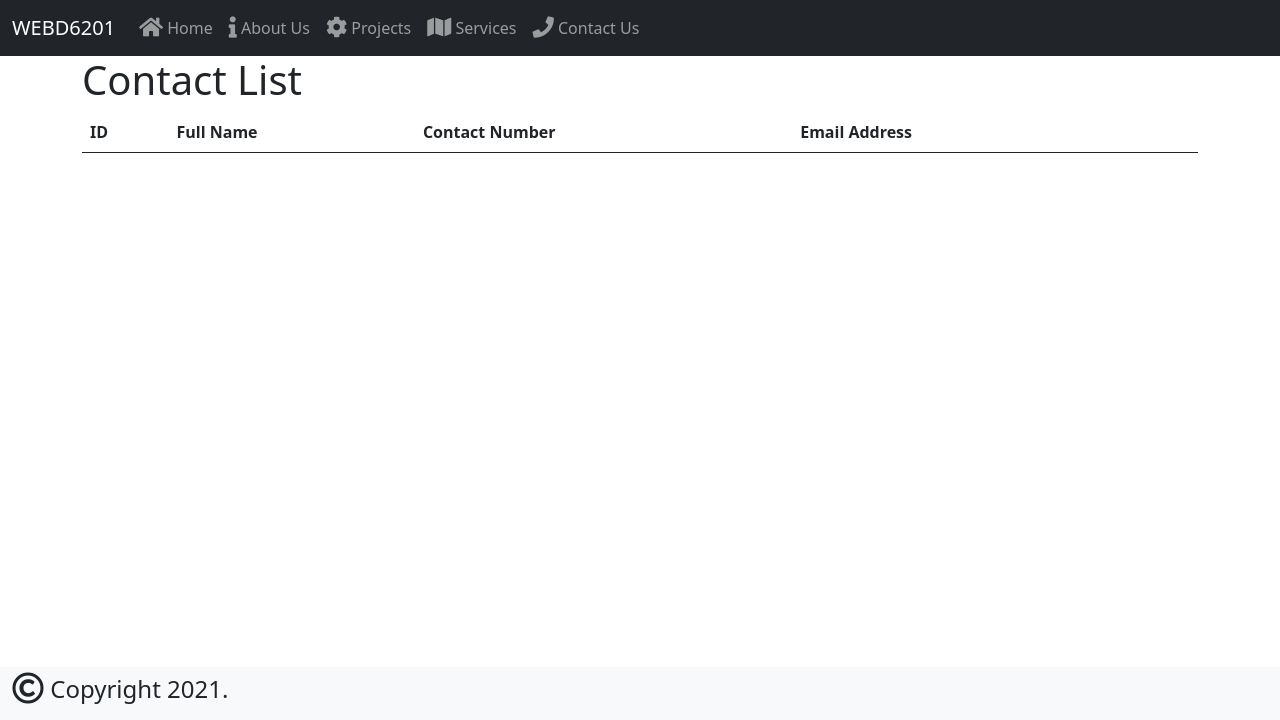
Repository: GarlicButterBoy/WEBD6201-ICE04
Page: contact-list.html
The author's editor kept a copy of each file at every save. The page is drawn from the files as they stood at one save, then again after a run of saves.
The browser window is 1280 px wide. The pictures show the whole page.

Above is the page before, as saved 2021-02-10 09:20:03.

### contact-list.html
<!DOCTYPE html>
<html lang="en">
<head>
    <meta charset="UTF-8">
    <meta name="viewport" content="width=device-width, initial-scale=1.0">
    <title>Contact-List</title>
    <!-- CSS Section -->
    <link rel="stylesheet" href="./node_modules/bootstrap/dist/css/bootstrap.min.css">
    <link rel="stylesheet" href="./node_modules/@fortawesome/fontawesome-free/css/all.min.css">
    <link rel="stylesheet" href="./Content/app.css">
</head>
<body>
    <!-- Main Header -->
    <header>
        <!-- Main Navigation -->
        <nav class="navbar navbar-expand-lg navbar-dark bg-dark">
            <div class="container-fluid">
              <a class="navbar-brand" href="index.html">WEBD6201</a>
              <button class="navbar-toggler" type="button" data-bs-toggle="collapse" data-bs-target="#navbarSupportedContent" aria-controls="navbarSupportedContent" aria-expanded="false" aria-label="Toggle navigation">
                <span class="navbar-toggler-icon"></span>
              </button>
              <div class="collapse navbar-collapse" id="navbarSupportedContent">
                <ul class="navbar-nav me-auto mb-2 mb-lg-0">
                  <li class="nav-item">
                    <a class="nav-link" aria-current="page" href="index.html"><i class="fas fa-home fa-lg"></i> Home</a>
                  </li>

                  <li class="nav-item">
                    <a class="nav-link" aria-current="page" href="about.html"><i class="fas fa-info fa-lg"></i> About Us</a>
                  </li>

                  <li class="nav-item">
                    <a class="nav-link" aria-current="page" href="projects.html"><i class="fas fa-cog fa-lg"></i> Projects</a>
                  </li>

                  <li class="nav-item">
                    <a class="nav-link" aria-current="page" href="services.html"><i class="fas fa-map fa-lg"></i> Services</a>
                  </li>

                  <li class="nav-item">
                    <a class="nav-link" aria-current="page" href="contact.html"><i class="fas fa-phone fa-lg"></i> Contact Us</a>
                  </li>
                </ul>
              </div>
            </div>
          </nav>
    </header>

    <!-- Main Content -->
    <main class="container">
        <h1>Contact List</h1>

        <div class="row">
          <div class="col">

            <table class="table table-striped">


            <thead>
              <tr>
                <th scope="col">ID</th>
                <th scope="col">Full Name</th>
                <th scope="col">Contact Number</th>
                <th scope="col">Email Address</th>
                <th scope="col"></th>
                <th scope="col"></th>
              </tr>
            </thead>
            <tbody id="contactList">
            </tbody>
          </table>
          </div>
        </div>
    </main>

    <!-- Main Footer -->
    <footer>
        <nav class="navbar fixed-bottom navbar-light bg-light">
            <div class="container-fluid">
              <h4><i class="far fa-copyright fa-lg"></i> Copyright 2021.</h4>
            </div>
          </nav>
    </footer>

    <!-- Script Section-->
    <script src="./node_modules/jquery/dist/jquery.min.js"></script>
    <script src="./node_modules/bootstrap/dist/js/bootstrap.bundle.min.js"></script>
    <script src="./Scripts/namespace.js"></script>
    <script src="./Scripts/contact.js"></script>
    <script src="./Scripts/app.js"></script>
</body>
</html>

### Scripts/namespace.js

//namespace core
let core;

### Scripts/contact.js
"use strict";

//Contact Class

(()=>{
    class Contact {

        //getters and setters
      get FullName()
      {
          return this.m_fullName;
      }
      get ContactNumber()
      {
          return this.m_conactNumber;
      }
      get EmailAddress()
      {
          return this.m_emailAddress;
      }
      set FullName(value)
      {
          this.m_fullName = value;
      }
      set ContactNumber(value)
      {
          this.m_conactNumber = value;
      }
      set EmailAddress(value)
      {
          this.m_emailAddress = value;
      }

        //Constructor
        /**
         * A Constructor for any Contact objects being instantiated
         * @param {string} fullName
         * @param {string} contactNumber
         * @param {string} emailAddress
         */
        constructor(fullName = "", contactNumber = "", emailAddress = "")
        {
            this.ContactNumber = contactNumber;
            this.EmailAddress = emailAddress;
            this.FullName = fullName;
        }



        //Methods
        /**
         * Overrides the toString method to print the Contact class
         * @returns {string}
         */
        toString()
        {
            return `Full Name: ${this.m_fullName}\nPhone: ${this.m_contactNumber}\nEmail: ${this.m_emailAddress}`;
        }

        /**
         * This method returns a JSON Object
         * @returns {Object}
         */
        toJSON()
        {
            return {
                "fullName":this.FullName,
                "contactNumber":this.ContactNumber,
                "emailAddress":this.EmailAddress
            }
        }
        /**
         * Method converts the Contact into a comma-seperated value string
         * @returns {String}
         */
        serialize()
        {
            if (this.FullName !== "" && this.ContactNumber !== "" && this.EmailAddress !== "")
            {
                return `${this.FullName},${this.ContactNumber},${this.EmailAddress}`;
            }
            else
            {
                console.error("Error: One of more of the Contact Properties are empty or null.");
                return null;
            }

        }
        /**
         * Method takes a comma-seperated data string and assigns the values to the contact class properties
         * @param {string} data
         * @returns {void}
         */
        deserialize(data)
        {
            let propertyArray = data.split(",");
            this.FullName = propertyArray[0];
            this.ContactNumber = propertyArray[1];
            this.EmailAddress = propertyArray[2];
        }

    }

core.Contact = Contact;

})(core || (core={}));

### Scripts/app.js
/* custom JavaScript goes here */

//IIFE - Immediately Invoked Function Expression
//AKA - Anonymous Self-Executing Function
//Closure - limits scope leak

"use strict";
/* Example of a class being created with brand new functions
let myContact =
{
  "firstName":"Nick SF",
  "contactNumber":"905-123-4567",
  "emailAddress":"email@test.com",
  "saysHello":function() { console.log(`${fullName} says Hello!`); },
  "someOtherObject":{  "friendsList":["Tony", "Stephen", "Peter"]  }

};*/

((core) =>
{
    function displayHome()
    {
/*
      $("button").on("mouseover", function(){
        console.log("JQuery Click");
      });

      let myButton = document.querySelectorAll("button")[1];
      myButton.addEventListener("click", () => {
        console.log("Button Clicked!");
      });
*/
      //console.log(myButton);

        let paragraphOneText =
          "This is a simple site to demonstrate DOM Manipulation for ICE 1";

        let paragraphOneElement = document.getElementById("paragraphOne");

        paragraphOneElement.textContent = paragraphOneText;
        paragraphOneElement.className = "fs-5";

        // Step 1. document.createElement
        let newParagraph = document.createElement("p");
        // Step 2. configure the element
        newParagraph.setAttribute("id", "paragraphTwo");
        newParagraph.textContent = "...And this is paragraph two";
        // Step 3. select the parent element
        let mainContent = document.getElementsByTagName("main")[0];
        // Step 4. Add / Insert the element
        mainContent.appendChild(newParagraph);

        newParagraph.className = "fs-6";

        // another way of injecting content
        let paragraphDiv = document.createElement("div");
        let paragraphThree = `<p id="paragraphThree" class="fs-7 fw-bold">And this is the Third Paragraph</p>`;
        paragraphDiv.innerHTML = paragraphThree;

        // insertions

        // example of inserting before a node
        //newParagraph.before(paragraphDiv);

        // example of inserting after a node
        newParagraph.after(paragraphDiv);

        // deletions

        // example of removing a single element
        //paragraphOneElement.remove();

        // example of removeChild
        mainContent.removeChild(paragraphOneElement);

        // update / modification
        //mainContent.firstElementChild.textContent = "Welcome Home!";

        mainContent.innerHTML = `<h1 id="firstHeading">Welcome to WEBD6201 - Lab 1</h1>
         <p id="paragraphOne" class="fs-3 fw-bold">This is my first Paragraph</p>
        `;

    }

    function displayAbout()
    {

    }

    function displayProjects()
    {

    }

    function displayServices()
    {

    }

    function displayContact()
    {
        //This is the same as below
        let messageArea = $("#messageArea").hide();
        //Same as this
        //let messageArea = document.getElementById("messageArea");
        //messageArea.hidden = true;

        // form validation
        $("#fullName").on("blur", function()
        {
          if($(this).val().length < 2)
            {
                //JQuery example of the lines below
                $(this).trigger("focus").trigger("select");
                messageArea.show().addClass("alert alert-danger").text("Please enter an appropriate name");
                //fullName.focus();
                //fullName.select();
                //messageArea.hidden = false;
                //messageArea.className = "alert alert-danger";
                //messageArea.textContent = "Please enter an appropriate Name";
            }
            else
            {
                //JQuery example of the line below
                messageArea.removeAttr("class").hide();
                //messageArea.hidden = true;
                //messageArea.removeAttribute("class");
            }
        });
        //let fullName = document.getElementById("fullName");
        //fullName.addEventListener("blur", function() {});

        $("#sendButton").on("click", ()=>
        {
          if ($("#subscribeCheckbox")[0].checked)
          {
            let contact = new core.Contact(FullName.value, ContactNumber.value, EmailAddress.value);
            if(contact.serialize()) //checking if the serialized object exists
            {
              let key = contact.FullName.substring(0, 1) + Date.now();

              localStorage.setItem(key, contact.serialize());
            }
          }
        });

        //let sendButton = document.getElementById("sendButton");
        //sendButton.addEventListener("click", function(event){

            //event.preventDefault();
            //console.log(contact.serialize());
            //fullName.value = "";
            //contactNumber.value = "";
            //emailAddress.value = "";
        //});
    }
    function displayContactList()
    {

      if(localStorage.length > 0)
      {
        let contactList = document.getElementById("contactList");

        let data = "";
        let keys = Object.keys(localStorage);

        let index = 1;

        for (const key of keys)
        {
          console.log(key);
          let contactData = localStorage.getItem((key).toString());

          console.log(contactData);

          let contact = new core.Contact();
          contact.deserialize(contactData);

          data += `<tr>
                  <th scope="row">${index}</th>
                  <td>${contact.FullName}</td>
                  <td>${contact.ContactNumber}</td>
                  <td>${contact.EmailAddress}</td>
                  <td class="text-center"><button class="btn btn-primary btn-sm edit" value="${key}"><i class="fas fa-sm fa-edit"></i> Edit</button></td>
                  <td class="text-center"><button class="btn btn-warning btn-sm delete" value="${key}"><i class="fas fa-sm fa-trash-alt"></i> Delete</button></td>
                  </tr>`;
          index++;
        }

        contactList.innerHTML = data;
        //TODO: Create an Edit page
        $("button.edit").on("click", function()
        {
          location.href = "edit.html#" + $(this).val();
        });


        $("button.delete").on("click", function()
        {
          if(confirm("Are you sure?"))
          {
            localStorage.removeItem($(this).val());
          }
          location.href = "contact-list.html";
        });
      }


    }
    function displayEdit()
    {

      let key = location.hash.substring(1);

      let contact = new core.Contact();

      //Simple check to ensure the key is not empty
      if(key != "")
      {
        //get contact info from localStorage
        contact.deserialize(localStorage.getItem(key));
        //Display contact info
        $("#fullName").val(contact.FullName);
        $("#contactNumber").val(contact.ContactNumber);
        $("#emailAddress").val(contact.EmailAddress);
      }
      //Edit Button
      $("#editButton").on("click", function()
      {
        //If key is empty, make new one
        if (key == "")
        {
          key = contact.FullName.substring(0, 1) + Date.now();
        }

        //Update the contact info using the newly typed data
        contact.FullName = $("#fullName").val();
        contact.ContactNumber = $("#contactNumber").val();
        contact.EmailAddress = $("#emailAddress").val();

        //Update localStorage
        localStorage.setItem(key, contact.serialize());

        //Navigate back to the contact-list.html
        location.href = "contact-list.html";
      });
      //Cancel Button
      $("#cancelButton").on("click", function()
      {
        //return to contact-list.html
        location.href = "contact-list.html";
      });

    }

    function Start()
    {
        console.log("App Started...");




        switch (document.title)
        {
          case "Home":
              displayHome();
            break;
          case "About":
              displayAbout();
            break;
          case "Projects":
              displayProjects();
            break;
          case "Services":
              displayServices();
            break;
          case "Contact":
              displayContact();
            break;
          case "Contact-List":
              displayContactList();
              break;
          case "Edit":
              displayEdit();
            break;
        }

    }

    window.addEventListener("load", Start);

    core.Start = Start;


})  (core || (core={}));

Loaded but not shown: node_modules/bootstrap/dist/css/bootstrap.min.css (library); node_modules/@fortawesome/fontawesome-free/css/all.min.css (library); Content/app.css (common file); node_modules/jquery/dist/jquery.min.js (library); node_modules/bootstrap/dist/js/bootstrap.bundle.min.js (library)

After the next 5 saves:
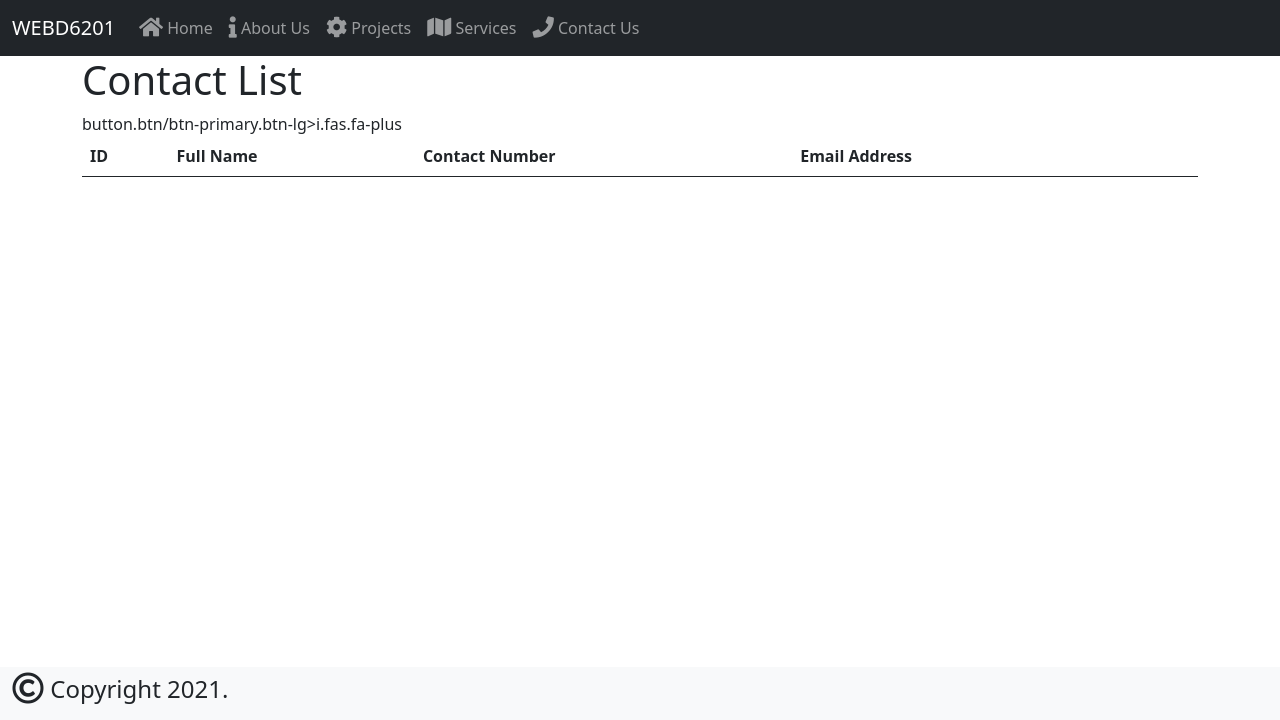
The 5 saves are shown as one change because they came seconds apart.
The last was saved 18 s later.
--- a/contact-list.html
+++ b/contact-list.html
@@ -53,6 +53,7 @@
         <div class="row">
           <div class="col">
 
+            button.btn/btn-primary.btn-lg>i.fas.fa-plus
             <table class="table table-striped">
 
 
